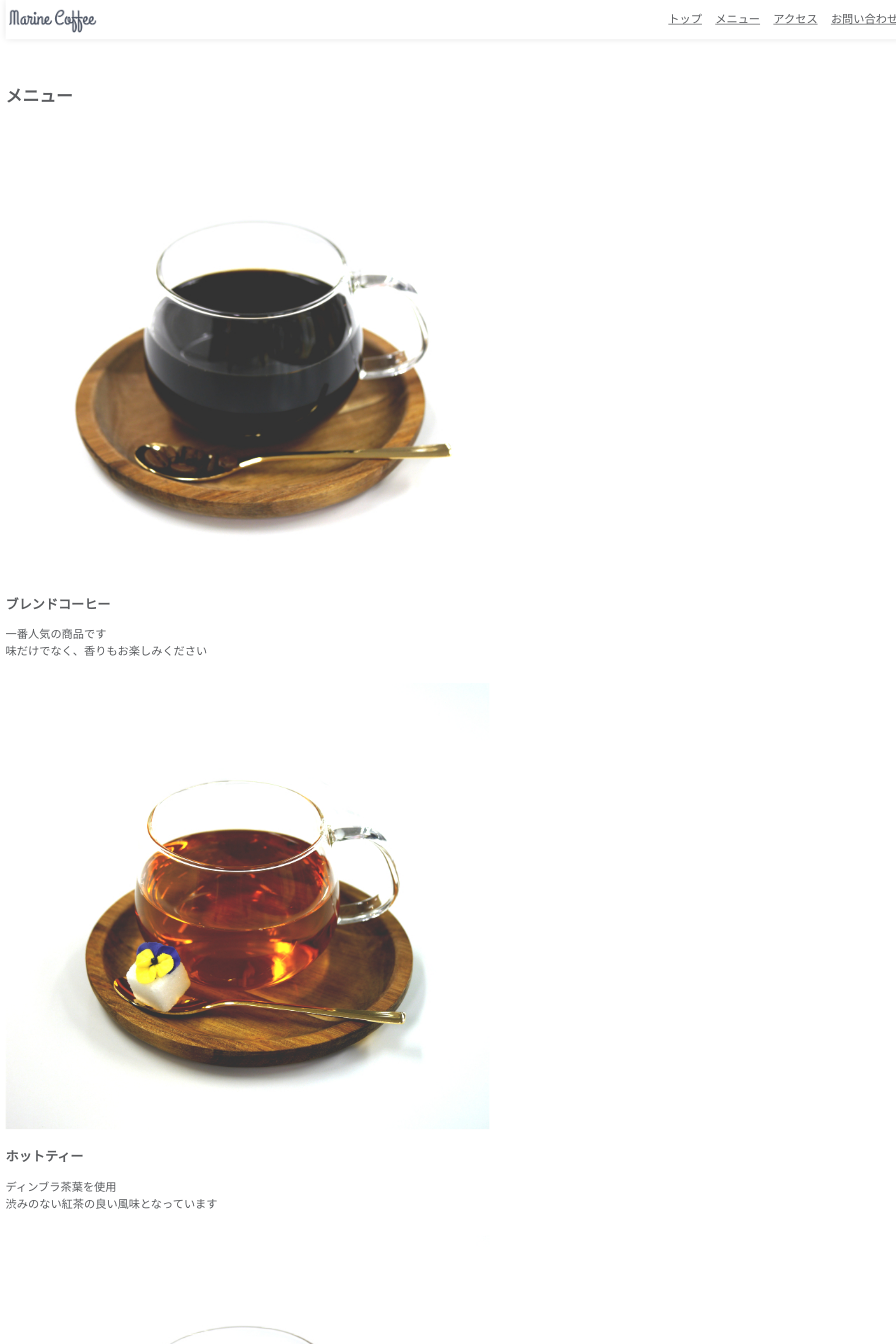
Repository: Kazuya888/samurai_HTML-CSS
Page: marine_coffee/menu.html
The author's editor kept a record of every edit. The page is drawn from the files as they stood at one moment, then again after the next edit.
The browser window is 1280 px wide. The pictures show the part of the page from y = 0 to 1920 px (the page is 4271 px tall), at 70% of full size.

Above is the page before.

### marine_coffee/menu.html
<!DOCTYPE html>
<html>
    <head>
        <meta charset="utf-8">
        <title>Marine Coffee</title>
        <link rel="stylesheet" href="common.css">
        <link rel="stylesheet" href="menu.css">
    </head>
    <body>
<!----------ヘッダー---------------->
          <div class="header">
             <div class="container">
         <div class="header-left">
          <img class="header-logo" src="images/logo.png"
    alt="Marine Coffee"> </div>
 <div class="header-right">
    <a href="index1.html">トップ</a>
    <a href="menu.html">メニュー</a>
    <a href="access.html">アクセス</a>
    <a href="contact.html">お問い合わせ</a>
       </div>
         </div>
 <div class="clear"></div>
     </div>
</div>
<!------------メニュー------------------>
<div class="menu">
    <div class='container'>
        <h2>メニュー</h2>
        <div class="menu-card-wrapper">
 <!----------ブレンドコーヒー----------->
            <div class="menu-card">
                <div class= "menu-card-inner">
                    <img class="menu-image" src="images/blend-coffee.jpg"
                    alt="ブレンドコーヒー">
                    <h3 class="menu-title">ブレンドコーヒー</h3>
                    <p class="menu-text">
                    一番人気の商品です
                    <br>
                    味だけでなく、香りもお楽しみください
                    </p>
                </div>
            </div>
<!----------ホットティー------------>
             <div class="menu-card">
                <div class= "menu-card-inner">
                    <img class="menu-image" src="images/hot-tea.jpg"
                    alt="ホットティー">
                    <h3 class="menu-title">ホットティー</h3>
                    <p class="menu-text">
                   ディンブラ茶葉を使用
                    <br>
                    渋みのない紅茶の良い風味となっています
                    </p>
                </div>
            </div>
<!----------ハイビスカスティー------->
             <div class="menu-card">
                <div class= "menu-card-inner">
                    <img class="menu-image" src="images/hibiscus-tea.jpg"
                    alt="ハイビスカスティー">
                    <h3 class="menu-title">ハイビスカスティー</h3>
                    <p class="menu-text">
                    すっきりとした味わいが人気の商品です
                    <br>
                    エジプト産のハイビスカスを使用
                    </p>
                </div>
            </div>
<!----------レモネード--------------->
            <div class="menu-card">
                <div class= "menu-card-inner">
                    <img class="menu-image" src="images/lemonade.jpg"
                    alt="レモネード">
                    <h3 class="menu-title">レモネード</h3>
                    <p class="menu-text">
                    広島県・瀬戸田産のレモンを使用
                    <br>
                    まろやかな酸味が特徴となっています
                    </p>
                </div>
            </div>
<!----------カフェラテ-------------->
            <div class="menu-card">
                <div class= "menu-card-inner">
                    <img class="menu-image" src="images/lemonade.jpg"
                    alt="カフェラテ">
                    <h3 class="menu-title">カフェラテ</h3>
                    <p class="menu-text">
                    広島県・瀬戸田産のレモンを使用
                    <br>
                    まろやかな酸味が特徴となっています
                    </p>
                </div>
            </div>
        </div>
    </div>
</div>

<!--------- フッター---------------->
 <div class="footer">
        <div class="container">
            <div class="footer-left">
                <p>このページをシェアする</p>
               <a href="https://twitter.com/share?ref_src=twsrc%5Etfw"
               class="twitter-share-button"
               data-text="Marine Coffee" data-show-count="false">Tweet</a><script async src="https://platform.twitter.com/widgets.js"
               charset="utf-8"></script>
            </div>
            <div class="footer-right">
                &copy; 2018 Marine Coffee.
            </div>
            <div class="clear"></div>
        </div>
    </div>
    </body>
</html>

### marine_coffee/common.css
@charset "utf-8"
.container{
    max-width: 980px;
    padding: 0 30px;
    margin-left: auto;
    margin-right: auto;
in-right: auto;
}
.header {
    height: 56px;
    width: 100%;
    box-shadow: 0 0 10px #dddddd;
    background-color: white;
    position: fixed;
    top: 0 ;
}
.header-left{
    float: left;
}
.header-right{
    float: right;
}
.clear{
    clear: both;
}
.header-logo{
    height: 40px;
    margin-top: 8px;
}
.header-right a{
    line-height: 56px;
    color: #5a5c5f;
    margin-left: 5px;
    font-size: 16px;
    padding:16px 5px;
}
.header-right a:hover{
    background-color: #e2f1ff;
    transition: background-color 0.5s;
}

### marine_coffee/menu.css
@charset "utf-8";
.menu{
    padding: 90px 0 60px;
    color: #5a5c5f;
}
.menu-card{
    width: 33%;
    margin-top: 35px;
}
menu-card-inner{
    padding:25px 30px;
    background-color: #dbe0e4;
}

After the next edit:
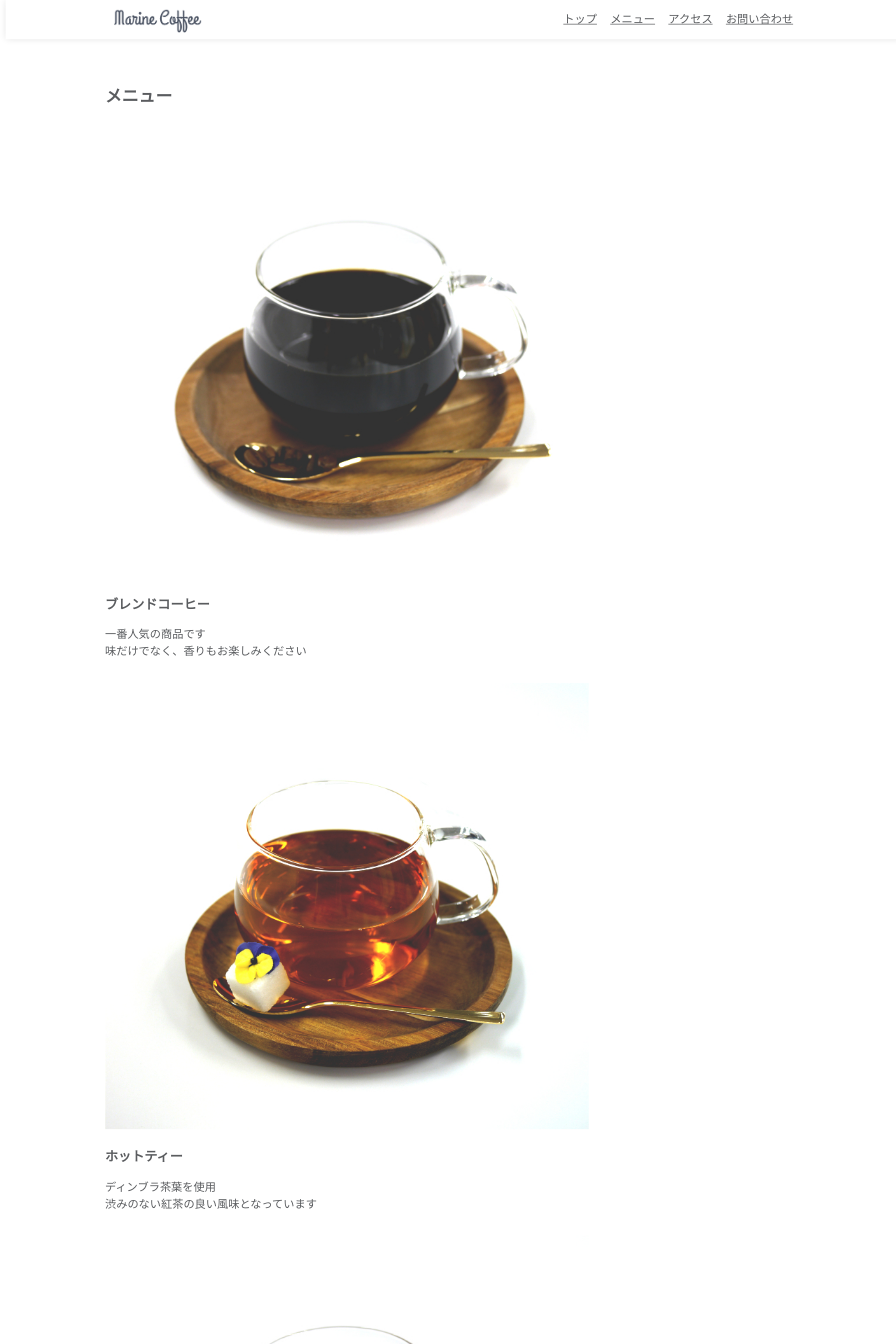
The edit:
--- a/marine_coffee/common.css
+++ b/marine_coffee/common.css
@@ -1,5 +1,5 @@
-@charset "utf-8"
-.container{
+@charset "utf-8";
+.container {
     max-width: 980px;
     padding: 0 30px;
     margin-left: auto;
